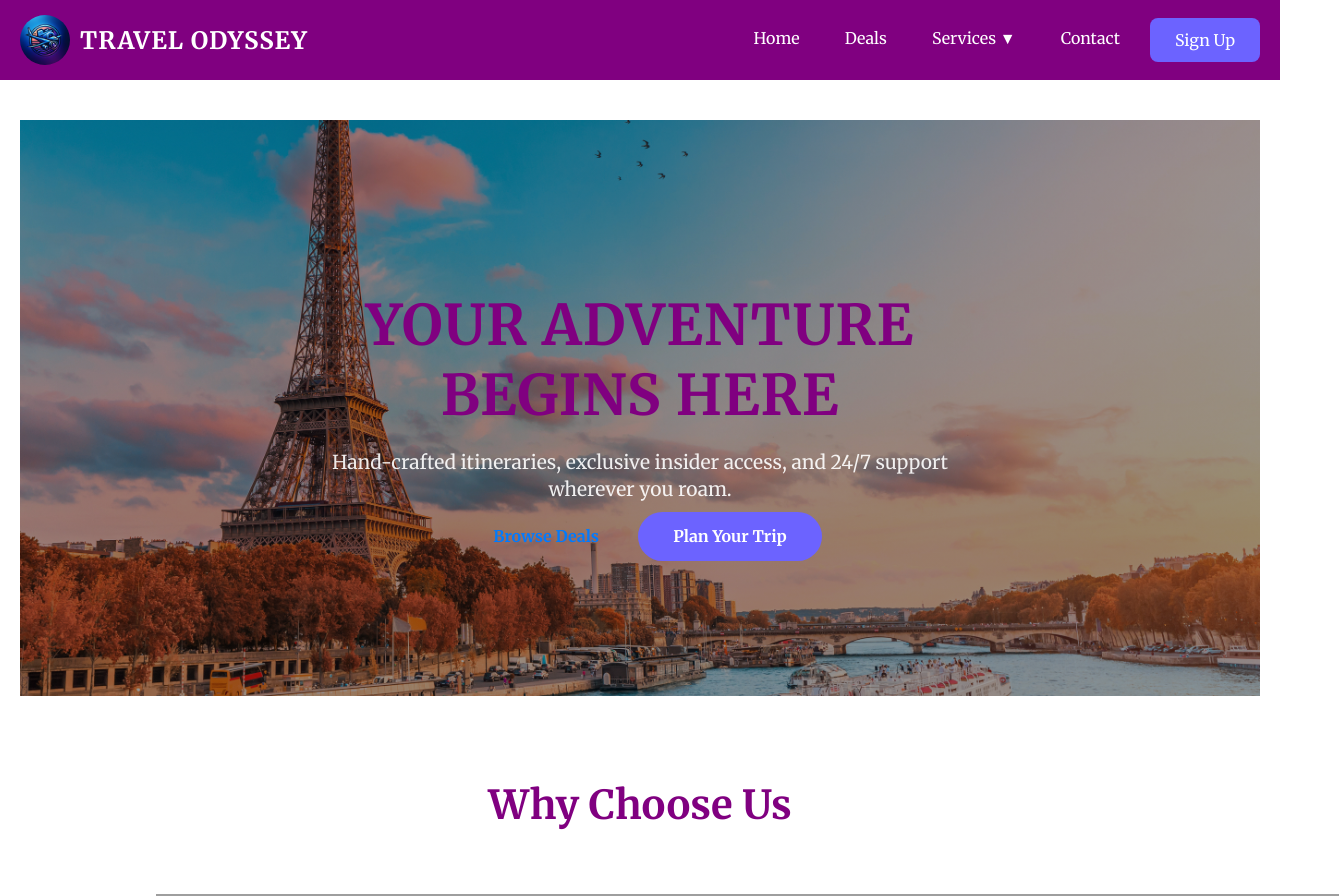
Repository: GHzPhoenix/Project-Odyssey
Page: Frontend/index.html
The author's editor kept a copy of each file at every save. The page is drawn from the files as they stood at one save, then again after the next save.
The browser window is 1280 px wide. The page is 1339 px wide, so the pictures cover 1339 px, including what lies to the right of the window. The pictures show the part of the page from y = 0 to 896 px (the page is 3159 px tall).
Pictures or frames that could not be fetched are drawn as grey boxes.

Above is the page before, as saved 2025-06-09 01:49:08.

### Frontend/index.html
<!DOCTYPE html>
<html lang="en">
  <head>
    <meta charset="UTF-8" />
    <meta name="viewport" content="width=device-width, initial-scale=1.0" />
    <title>Travel Odyssey</title>
    <link rel="stylesheet" href="/Frontend/css/style.css" />
    <link rel="preconnect" href="https://fonts.googleapis.com" />
    <link rel="preconnect" href="https://fonts.gstatic.com" crossorigin />
    <link
      href="https://fonts.googleapis.com/css2?family=Merriweather:wght@300;400;700;900&display=swap"
      rel="stylesheet"
    />
  </head>
  <body>
    <header>
      <nav>
        <div class="logo">
          <img src="/Frontend/assets/your-logo.png" alt="Logo" />
          Travel Odyssey
        </div>
        <button
          class="menu-toggle"
          aria-label="Toggle navigation"
          onclick="toggleMenu()"
        >
          <div></div>
          <div></div>
          <div></div>
        </button>
        <ul class="nav-menu">
          <li><a href="index.html" class="active">Home</a></li>
          <li><a href="deals.html">Deals</a></li>
          <li class="dropdown-parent">
            <a href="#">Services ▼</a>
            <div class="dropdown">
              <a href="membership.html">Memberships</a>
              <a href="dream.html">Plan Your Trip</a>
              <a href="client-area.html">Client Area</a>
            </div>
          </li>
          <li><a href="contact.html">Contact</a></li>
          <li><a href="signup.html" class="signup-btn">Sign Up</a></li>
        </ul>
      </nav>
    </header>

    <main>
      <section class="hero">
        <div class="hero-content">
          <h1>Your Adventure Begins Here</h1>
          <p>
            Hand-crafted itineraries, exclusive insider access, and 24/7 support
            wherever you roam.
          </p>
          <div class="hero-buttons">
            <a href="deals.html" class="singup-btn">Browse Deals</a>
            <a href="dream.html" class="signup-btn">Plan Your Trip</a>
          </div>
        </div>
      </section>

      <section class="features">
        <h2>Why Choose Us</h2>
        <div class="feature-cards">
          <div class="feature-card">
            <img src="/Frontend/assets/icon-expert.svg" alt="Expert Guides" />
            <h3>Expert Guides</h3>
            <p>
              Local experts to unlock hidden gems and authentic experiences.
            </p>
          </div>
          <div class="feature-card">
            <img
              src="/Frontend/assets/icon-custom.svg"
              alt="Custom Itineraries"
            />
            <h3>Custom Itineraries</h3>
            <p>Trips tailored exactly to your interests, pace, and budget.</p>
          </div>
          <div class="feature-card">
            <img src="/Frontend/assets/icon-support.svg" alt="24/7 Support" />
            <h3>24/7 Support</h3>
            <p>We’ve got your back—day or night, wherever you are.</p>
          </div>
        </div>
      </section>

      <section class="popular">
        <h2>Popular Destinations</h2>
        <div class="popular-cards">
          <div class="popular-card">
            <img src="/Frontend/assets/tokyo.jpg" alt="Tokyo" />
            <div class="card-info">
              <h3>Tokyo, Japan</h3>
              <p>Urban wonderland meets ancient tradition.</p>
            </div>
          </div>
          <div class="popular-card">
            <img src="/Frontend/assets/rome.jpg" alt="Bali" />
            <div class="card-info">
              <h3>Rome, Italy</h3>
              <p>Island paradise with perfect sunsets.</p>
            </div>
          </div>
          <div class="popular-card">
            <img src="/Frontend/assets/iceland.jpg" alt="Iceland" />
            <div class="card-info">
              <h3>Iceland</h3>
              <p>Land of fire, ice, and dramatic vistas.</p>
            </div>
          </div>
        </div>
      </section>

      <section class="testimonials">
        <h2>What Our Travelers Say</h2>
        <div class="testimonial-cards">
          <div class="testimonial-card">
            <p>
              “Travel Odyssey planned our honeymoon perfectly—couldn’t have
              asked for more!”
            </p>
            <span>– Emma & Liam</span>
          </div>
          <div class="testimonial-card">
            <p>“From start to finish, 5-star service. We felt like VIPs.”</p>
            <span>– Carlos R.</span>
          </div>
          <div class="testimonial-card">
            <p>
              “Unforgettable trip to the Alps thanks to their local guides.”
            </p>
            <span>– Sophie M.</span>
          </div>
        </div>
      </section>

      <section class="newsletter">
        <h2>Stay in the Loop</h2>
        <p>
          Subscribe for exclusive deals and travel tips delivered straight to
          your inbox.
        </p>
        <form id="newsletter-form">
          <input type="email" placeholder="you@example.com" required />
          <button type="submit">Subscribe</button>
        </form>
      </section>
    </main>

    <footer class="footer">
      <div class="footer-container">
        <div class="footer-section">
          <h3>About Us</h3>
          <p>
            Your gateway to unforgettable journeys. Discover, explore,
            experience.
          </p>
        </div>
        <div class="footer-section">
          <h3>Support</h3>
          <ul>
            <li><a href="contact.html">Contact Us</a></li>
            <li><a href="faq.html">FAQ</a></li>
            <li><a href="terms.html">Terms & Conditions</a></li>
            <li><a href="privacy.html">Privacy Policy</a></li>
          </ul>
        </div>
      </div>
      <div class="footer-bottom">
        <p>© 2025 Travel Odyssey, Inc. All rights reserved.</p>
      </div>
    </footer>

    <script>
      function toggleMenu() {
        document.querySelector(".nav-menu").classList.toggle("active");
      }
      document
        .getElementById("newsletter-form")
        .addEventListener("submit", (e) => {
          e.preventDefault();
          alert("Thanks for subscribing!");
          e.target.reset();
        });
    </script>
  </body>
</html>

Loaded but not shown: Frontend/css/style.css (1228 lines, source omitted)

After the next save:
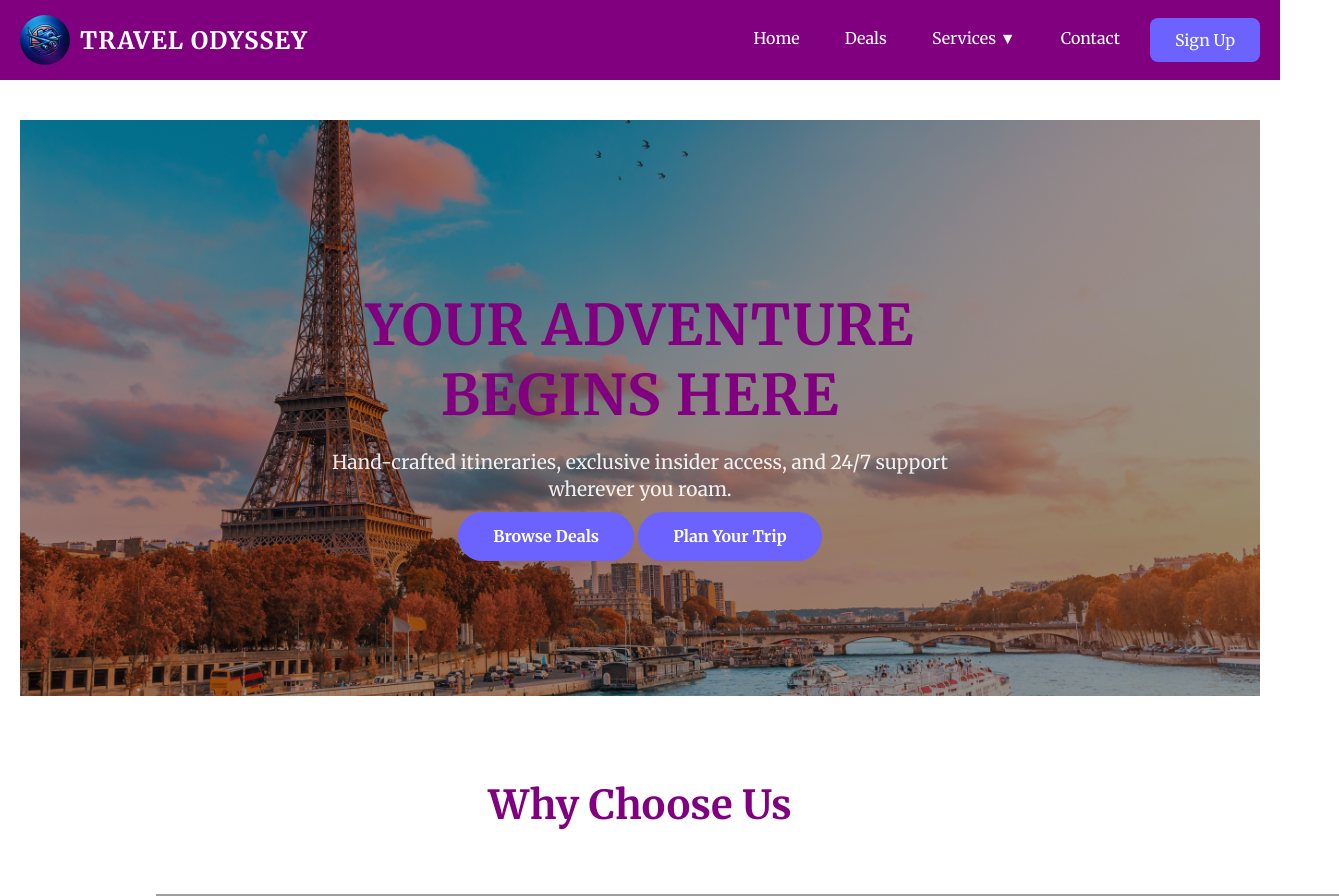
Saved 7 s later.
--- a/Frontend/index.html
+++ b/Frontend/index.html
@@ -54,7 +54,7 @@
             wherever you roam.
           </p>
           <div class="hero-buttons">
-            <a href="deals.html" class="singup-btn">Browse Deals</a>
+            <a href="deals.html" class="signup-btn">Browse Deals</a>
             <a href="dream.html" class="signup-btn">Plan Your Trip</a>
           </div>
         </div>
